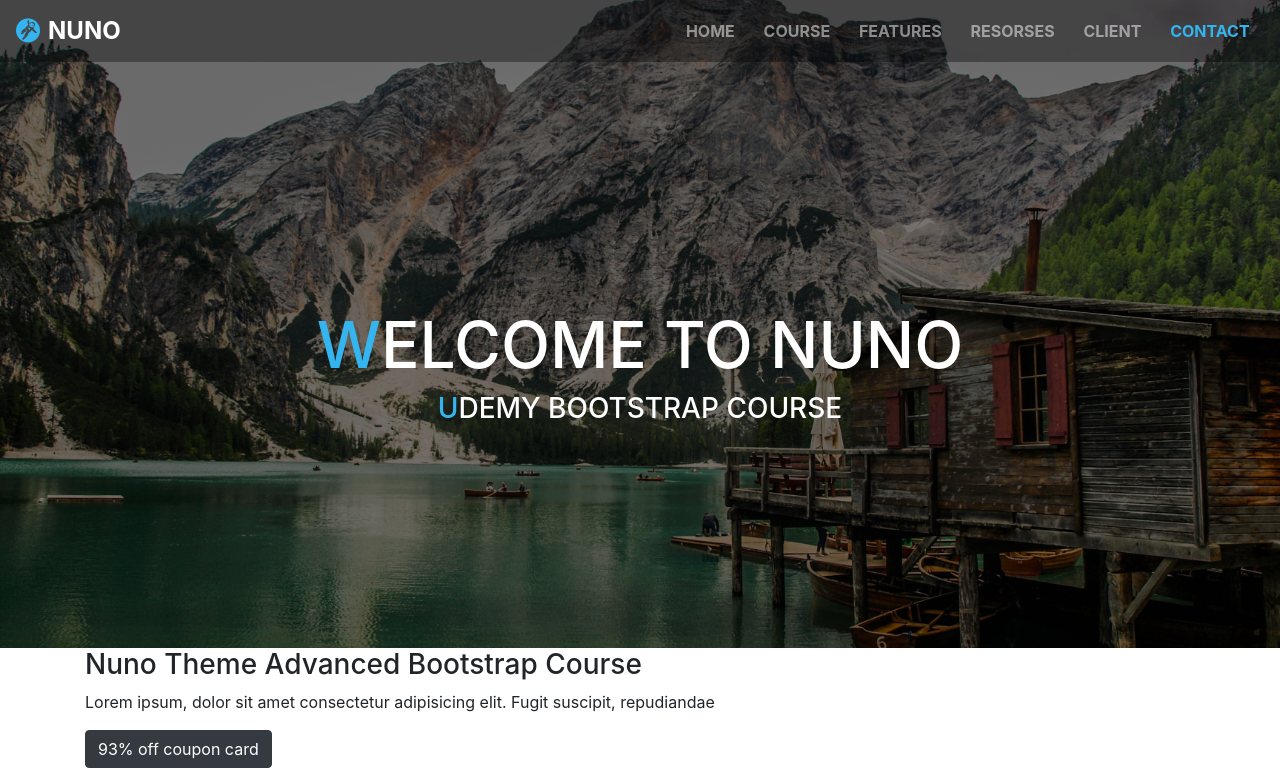
Repository: Mietlicha/bootstrap_template_exercise
Page: index.html
The author's editor kept a copy of each file at every save. The page is drawn from the files as they stood at one save, then again after the next save.
The browser window is 1280 px wide. The pictures show the whole page.

Above is the page before, as saved 2019-11-19 19:27:41.

### index.html
<!DOCTYPE html>
<html lang="en">

<head>
    <meta charset="UTF-8">
    <meta name="viewport" content="width=device-width, initial-scale=1.0">
    <meta http-equiv="X-UA-Compatible" content="ie=edge">
    <title>Bootstrap template</title>
    <link rel="stylesheet" href="https://stackpath.bootstrapcdn.com/bootstrap/4.3.1/css/bootstrap.min.css"
        integrity="sha384-ggOyR0iXCbMQv3Xipma34MD+dH/1fQ784/j6cY/iJTQUOhcWr7x9JvoRxT2MZw1T" crossorigin="anonymous">
    <link rel="stylesheet" href="style.css">
    <link rel="stylesheet" href="https://cdnjs.cloudflare.com/ajax/libs/font-awesome/4.7.0/css/font-awesome.min.css">
</head>

<body data-spy="scroll" data-target="#main-nav">
    <!--------------------nav/home-------------------------------------------------------------------->
    <nav id="main-nav" class="navbar navbar-expand-md navbar-dark bg-dark font-weight-bold fixed-top">
        <a class="navbar-brand" href="#"><i class="fa fa-grav mr-2" aria-hidden="true"></i>Nuno</a>
        <button class="navbar-toggler" type="button" data-toggle="collapse" data-target="#navbarSupportedContent"
            aria-controls="navbarSupportedContent" aria-expanded="false" aria-label="Toggle navigation">
            <span class="navbar-toggler-icon"></span>
        </button>

        <div class="collapse navbar-collapse" id="navbarSupportedContent">
            <ul class="navbar-nav ml-auto">
                <li class="nav-item">
                    <a class="nav-link" href="#home">Home</a>
                </li>
                <li class="nav-item">
                    <a class="nav-link" href="#course">Course</a>
                </li>
                <li class="nav-item">
                    <a class="nav-link" href="#feature">Features</a>
                </li>
                <li class="nav-item">
                    <a class="nav-link" href="#resourses">Resorses</a>
                </li>
                <li class="nav-item">
                    <a class="nav-link" href="#client">Client</a>
                </li>
                <li class="nav-item">
                    <a class="nav-link" href="#contact">Contact</a>
                </li>
        </div>
    </nav>
<!--------------------main----------------------------------------------------------------->
<main>
    <!--------------------home-------------------->
    <section id="home">
        <div class="home--landing-page">
        </div>
        <div class="home--caption">
            <h1>Welcome to Nuno</h1>
            <h3>Udemy bootstrap course</h3>
        </div>
    </section>

    <!--------------------corse-------------------->
    <section id="course" class="container">
        <header><h3>Nuno Theme Advanced Bootstrap Course</h3></header>
        <p>Lorem ipsum, dolor sit amet consectetur adipisicing elit. Fugit suscipit, repudiandae
        </p>
        <a href="#" class="btn btn-dark">93% off coupon card</a>

    </section>
    <!--------------------feature-------------------->
    <section id="feature">

    </section>
    <!--------------------Resourses-------------------->
    <section id="resourses">

    </section>
    <!--------------------Client-------------------->
    <section id="client">

    </section>
    <!--------------------Contact-------------------->
    <section id="contact">

    </section>
</main>

    <script src="https://code.jquery.com/jquery-3.3.1.slim.min.js"
        integrity="sha384-q8i/X+965DzO0rT7abK41JStQIAqVgRVzpbzo5smXKp4YfRvH+8abtTE1Pi6jizo"
        crossorigin="anonymous"></script>
    <script src="https://cdnjs.cloudflare.com/ajax/libs/popper.js/1.14.7/umd/popper.min.js"
        integrity="sha384-UO2eT0CpHqdSJQ6hJty5KVphtPhzWj9WO1clHTMGa3JDZwrnQq4sF86dIHNDz0W1"
        crossorigin="anonymous"></script>
    <script src="https://stackpath.bootstrapcdn.com/bootstrap/4.3.1/js/bootstrap.min.js"
        integrity="sha384-JjSmVgyd0p3pXB1rRibZUAYoIIy6OrQ6VrjIEaFf/nJGzIxFDsf4x0xIM+B07jRM"
        crossorigin="anonymous"></script>
</body>

</html>

### style.css
:root{
--main-colour: rgb(53, 181, 240);
font-size: 12px;
}

body{
    position: relative;
}

/************************NAV******************************************/
.bg-dark {
    background-color: #0a0a0a60!important;
}

.navbar-dark .navbar-nav .nav-link:hover{
    color: rgb(255, 255, 255);
}

.nav-link{
    padding: 0 7rem;
}

#main-nav {
text-transform: uppercase;
}

#main-nav .navbar-brand{
    font-size: 1.5rem;
}

#main-nav .navbar-brand i{
    color: var(--main-colour);
}

.navbar-dark .navbar-nav .nav-link.active{
    color: var(--main-colour);
    font-weight: bold;
}

.navbar-dark .navbar-nav .nav-link{
    padding-top: .9rem;
}

/*Nav*/
@media (min-width: 768px){
    :root{
        font-size: 16px;
    }
.navbar-expand-md .navbar-nav .nav-link {
    padding-right: .9rem;
    padding-left: .9rem;
    padding-top: 0;
}
}

/************************Home******************************************/
.home--landing-page{
    background: linear-gradient(rgba(0, 0, 0, 0.534), rgba(0, 0, 0, 0.534)), url(img/tlo.jpg) center/cover no-repeat;
    width: 100vw;
    height: 90vh;
}

.home--caption{
    width: 100%;
    position: absolute;
    top: 40%;
    z-index: 3;
    text-align: center;
    color: #fff;
    text-transform: uppercase;
}

.home--caption h1{
    font-size: 4rem;
}

.home--caption h1::first-letter, .home--caption h3::first-letter{
    color: var(--main-colour);
}

After the next save:
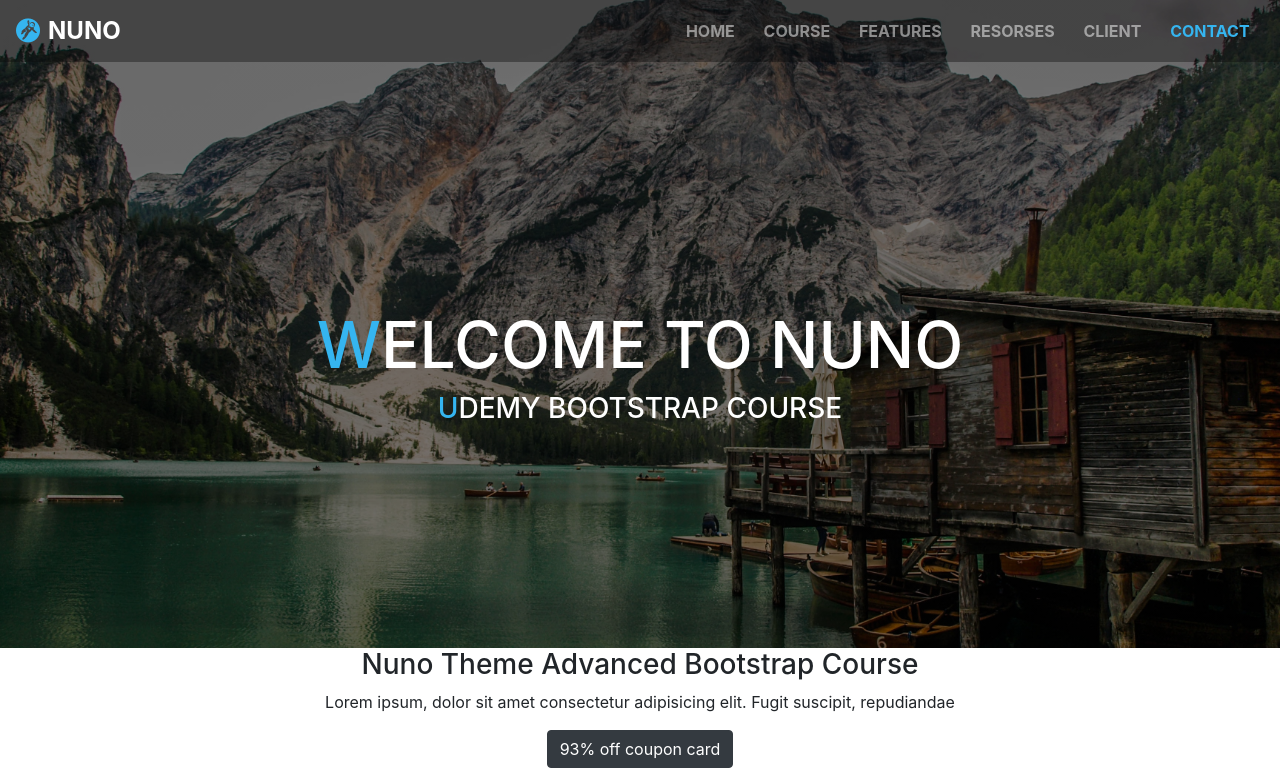
Saved 12 s later.
--- a/index.html
+++ b/index.html
@@ -56,7 +56,7 @@
     </section>
 
     <!--------------------corse-------------------->
-    <section id="course" class="container">
+    <section id="course" class="container text-center">
         <header><h3>Nuno Theme Advanced Bootstrap Course</h3></header>
         <p>Lorem ipsum, dolor sit amet consectetur adipisicing elit. Fugit suscipit, repudiandae
         </p>
